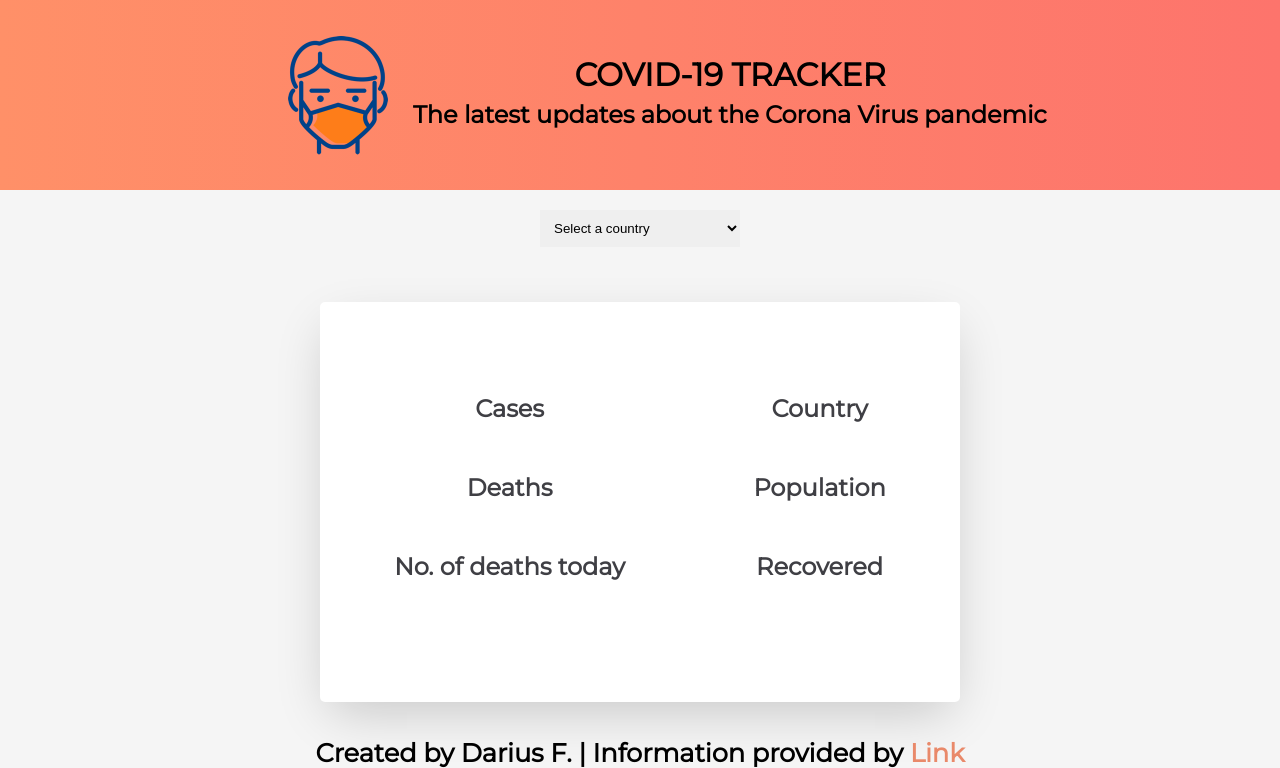
Repository: dariusfarcasanu/Covid-Tracker
Page: index.html
An editor plug-in stored every save of this project. The page is shown before and after the next save, followed by the edit.
The browser window is 1280 px wide. The pictures show the whole page.
The page's requests for data from a server got no answer.

Above is the page before, as saved 2021-05-12 16:16:59.

### index.html
<!DOCTYPE html>
<html lang="en">
  <head>
    <meta charset="UTF-8" />
    <meta http-equiv="X-UA-Compatible" content="IE=edge" />
    <meta name="viewport" content="width=device-width, initial-scale=1.0" />
    <link rel="preconnect" href="https://fonts.gstatic.com" />
    <link
      href="https://fonts.googleapis.com/css2?family=Montserrat&display=swap"
      rel="stylesheet"
    />
    <link rel="stylesheet" href="styles.css" />
    <title>Covid-19 Tracker</title>
  </head>
  <body>
    <header>
      <div class="image-container">
        <img src="rouska-covid.png" alt="" />
      </div>
      <div class="title">
        <h1>Covid-19 Tracker</h1>
        <h2>The latest updates about the Corona Virus pandemic</h2>
      </div>
    </header>
    <div class="container">
      <div class="select-container">
        <select onchange="getData(value)">
          <option value="" disabled selected hidden>Select a country</option>
        </select>
      </div>
      <div class="data-container">
        <div class="stats-container">
          <h4>Cases</h4>
          <h3 id="cases"></h3>
          <h4>Deaths</h4>
          <h3 id="deaths"></h3>
          <h4>No. of deaths today</h4>
          <h3 id="today"></h3>
        </div>

        <div class="location-container">
          <h4>Country</h4>
          <h3 id="country"></h3>
          <h4>Population</h4>
          <h3 id="population"></h3>
          <h4>Recovered</h4>
          <h3 id="recovered"></h3>
        </div>
      </div>
      <div class="footer">
        <h1>
          Created by Darius F. | Information provided by
          <a href="https://systems.jhu.edu/research/public-health/ncov/"
            >Link</a
          >
        </h1>
      </div>
    </div>
    <script src="index.js"></script>
  </body>
</html>

### styles.css
* {
  padding: 0;
  margin: 0;
  box-sizing: border-box;
}

body {
  height: 100vh;
  font-family: 'Montserrat', sans-serif;
  background-color: whitesmoke;
}

h4,
h3 {
  font-size: 1.5rem;
  padding: 10px;
  margin-bottom: 5px;
}

h3 {
  font-weight: 300;
}

header {
  background: linear-gradient(to right, #ff9068, #fd746c);
  text-align: center;
  line-height: 2.5rem;
  padding: 20px;
  display: flex;
  justify-content: center;
  position: relative;
}

.image-container img {
  max-width: 100%;
  display: block;
  height: auto;
  width: 150px;
  margin-left: 30px;
}

.title {
  /* margin-left: 250px; */
  text-align: center;
  display: flex;
  flex-direction: column;
  align-items: center;
  justify-content: center;
}
.title h1 {
  text-transform: uppercase;
}

.select-container {
  padding: 20px;
  text-align: center;
}

.select-container select {
  padding: 10px;
  border: none;
  width: 200px;
  outline: none;
}

.data-container {
  background-color: white;
  height: 400px;
  width: 50%;
  margin: 35px auto 35px;
  padding: 10px;
  display: flex;
  justify-content: space-around;
  align-items: center;
  text-align: center;
  box-shadow: rgba(0, 0, 0, 0.2) 0px 18px 50px -10px;
  border-radius: 5px;
  color: #3f3f44;
  z-index: 100;
}

.footer {
  text-align: center;
  font-size: 0.8rem;
}

.footer a {
  text-decoration: none;
  color: #e9896a;
}

.footer a:hover {
  color: black;
}

@media screen and (max-width: 960px) {
  header {
    flex-direction: column;
  }

  .title {
    margin: 0;
  }

  .image-container {
    margin: 0 auto;
  }
}

@media screen and (max-width: 800px) {
  .data-container {
    flex-direction: column;
    height: 700px;
    justify-content: center;
  }
}

### index.js
window.onload = function () {
  getCovidCountries();
};

const selectTag = document.querySelector('select');
const country = document.getElementById('country');
const cases = document.getElementById('cases');
const population = document.getElementById('population');
const recovered = document.getElementById('recovered');
const deaths = document.getElementById('deaths');
const today = document.getElementById('today');
//We created a function that gets the countries from the API
//and adds them to the select options

function getCovidCountries() {
  fetch('https://corona.lmao.ninja/v2/countries')
    .then(resp => resp.json())
    .then(data => {
      data.map(data => {
        let country = data.country;

        let option = document.createElement('option');
        option.value = country;
        option.text = country;
        selectTag.appendChild(option);
      });
    })
    .catch(err => console.log(err));
}

//Function to fetch the data from the external API and add the
//data to the interface

function getData() {
  fetch(`https://corona.lmao.ninja/v2/countries/${selectTag.value}`)
    .then(resp => resp.json())
    .then(data => {
      let countryData = data.country;
      let casesData = data.cases;
      let populationData = data.population;
      let recoveredData = data.recovered;
      let deathsData = data.deaths;
      let todayData = data.todayDeaths;

      country.innerHTML = countryData;
      cases.innerHTML = casesData.toLocaleString('en');
      population.innerHTML = populationData.toLocaleString('en');
      recovered.innerHTML = recoveredData.toLocaleString('en');
      deaths.innerHTML = deathsData.toLocaleString('en');
      today.innerHTML = todayData.toLocaleString('en');
    })

    .catch(err => console.log(err));
}

After the next save:
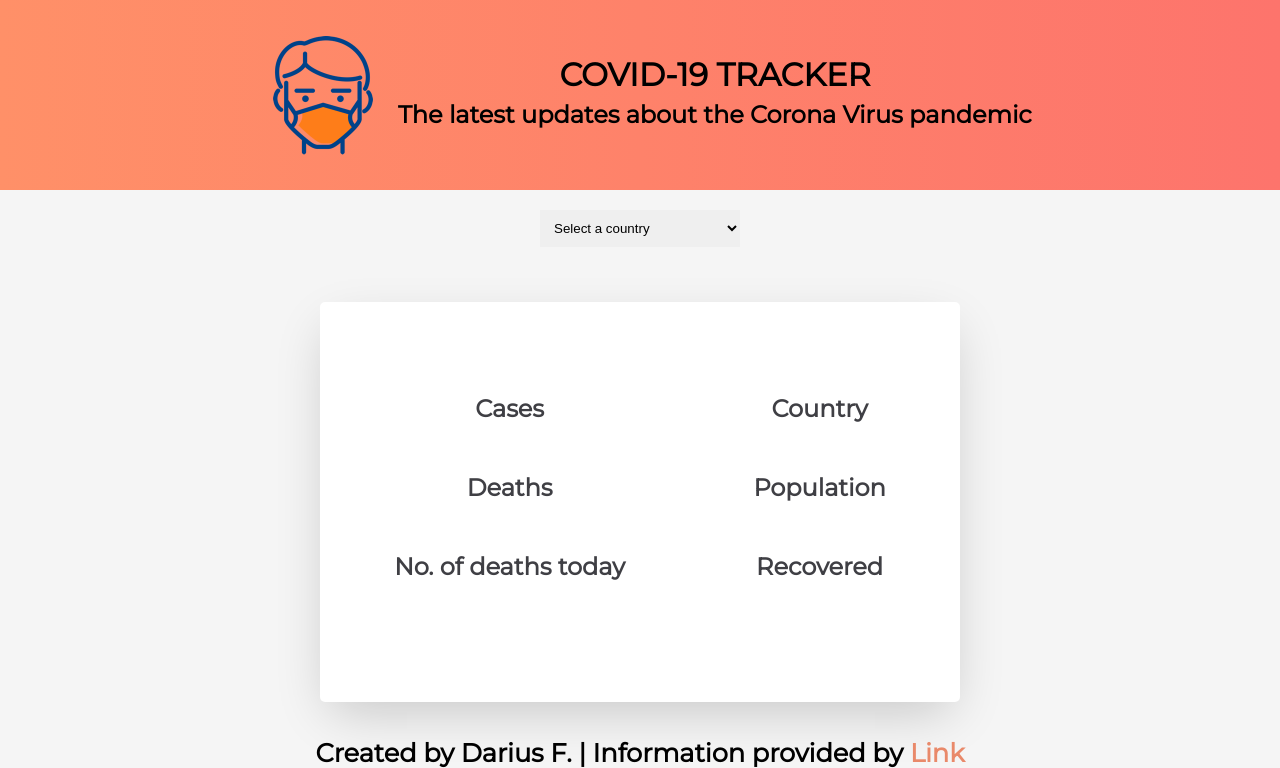
Saved 9 s later.
--- a/styles.css
+++ b/styles.css
@@ -36,7 +36,6 @@ header {
   display: block;
   height: auto;
   width: 150px;
-  margin-left: 30px;
 }
 
 .title {
